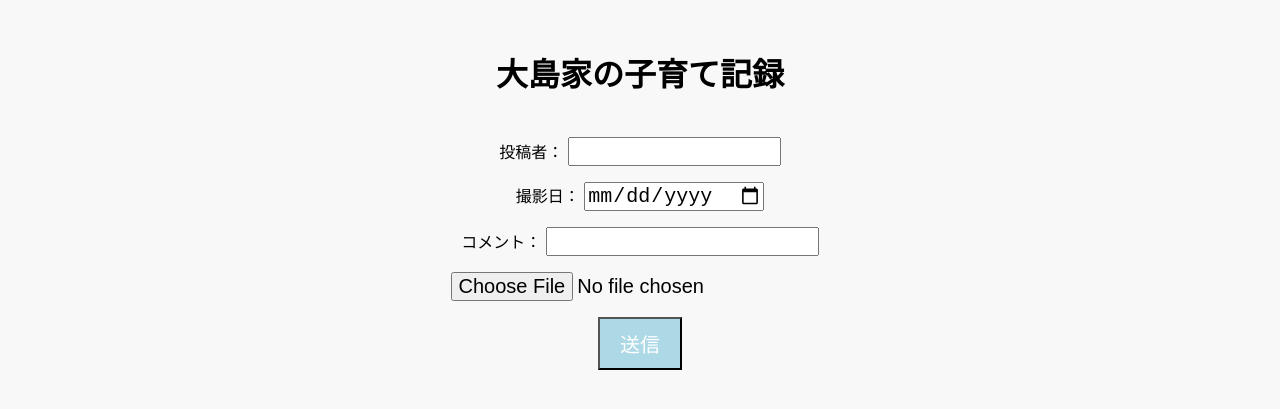
Repository: daidai0602/gs_kadai_questionnaire
Page: http://localhost/post.php
An editor plug-in stored every save of this project. The page is shown before and after the next save, followed by the edit.
The browser window is 1280 px wide. The pictures show the whole page.
The page is run by PHP 8.4 with error messages shown; the project is at /var/www/html/.

Above is the page before, as saved 2023-11-15 22:45:21.

### post.php
<!DOCTYPE html>
<html lang="ja">
<head>
  <meta charset="UTF-8">
  <title>Document</title>
  <style>
    body {
      font-family: Arial, Helvetica, sans-serif;
      background-color: #f8f8f8;;
      padding: 20px;
      text-align: center;
    }
    h1 {
      padding-bottom: 20px;
    }
    input{

      font-size: 20px;
    }
    input[type=submit]{
      background-color: lightblue;
      color: white;
      padding: 10px 20px;
    }

  </style>
</head>
<body>
  <h1>大島家の子育て記録</h1>
  <form action="write.php" method="post" enctype="multipart/form-data">
    <p>投稿者： <input type="text" name="name" size="15"></p>
    <p>撮影日： <input type="date" name="date"></p>
    <p>コメント： <input type="text" name="comment" size="20" ></p>
    <p><input type="file" name="upload_image"accept=".jpg,.jpeg,.png" required></p>
    <p><input type="submit" class="btn_submit" value="送信"></p>
  </form>
</body>
</html>

After the next save:
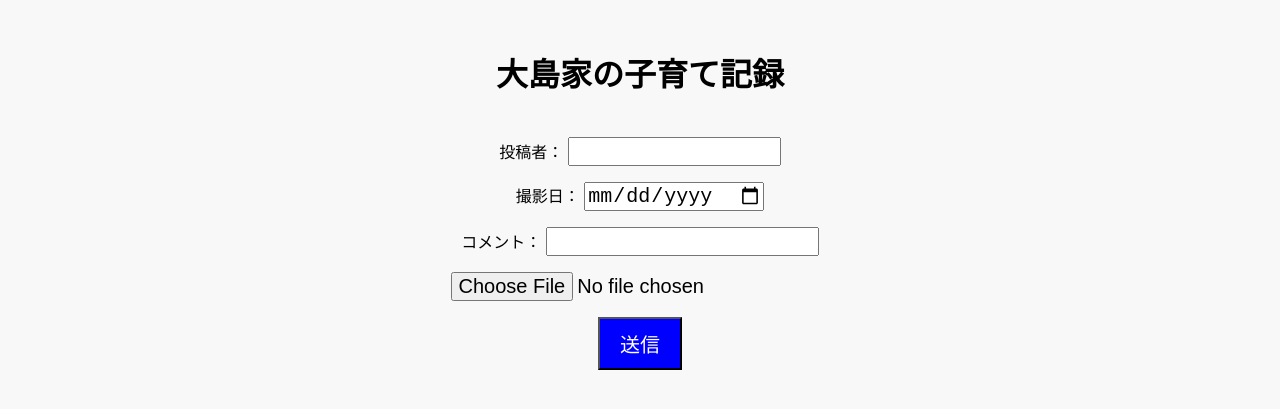
Saved 6 s later.
--- a/post.php
+++ b/post.php
@@ -18,7 +18,7 @@
       font-size: 20px;
     }
     input[type=submit]{
-      background-color: lightblue;
+      background-color: blue;
       color: white;
       padding: 10px 20px;
     }
